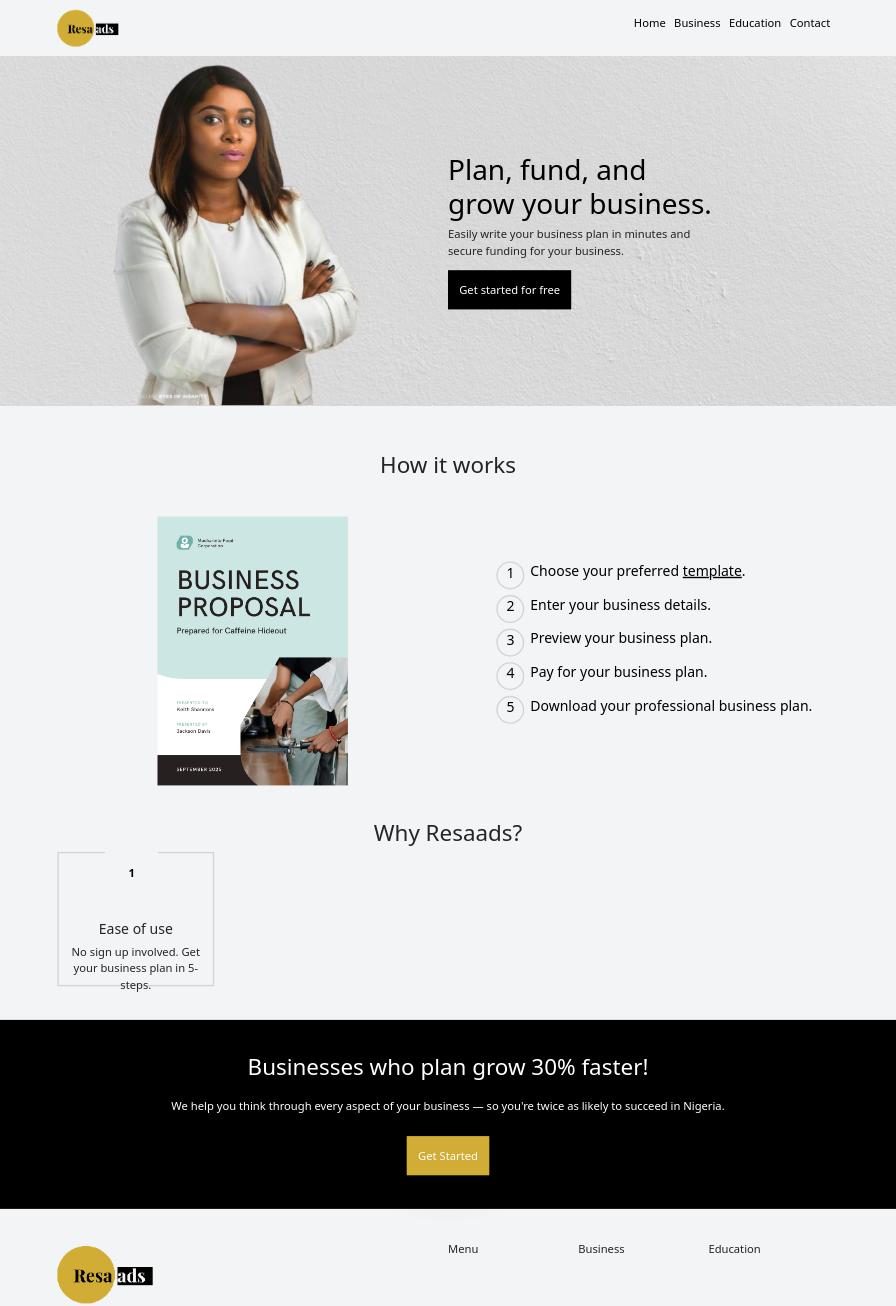
Repository: latenightsnacc/resaads-consults
Page: index.html
The author's editor kept a copy of each file at every save. The page is drawn from the files as they stood at one save, then again after the next save.
The browser window is 1280 px wide. The pictures show the whole page, at 70% of full size.
Some web libraries are served in a nearby version.

Above is the page before, as saved 2021-08-05 13:01:37.

After the next save:
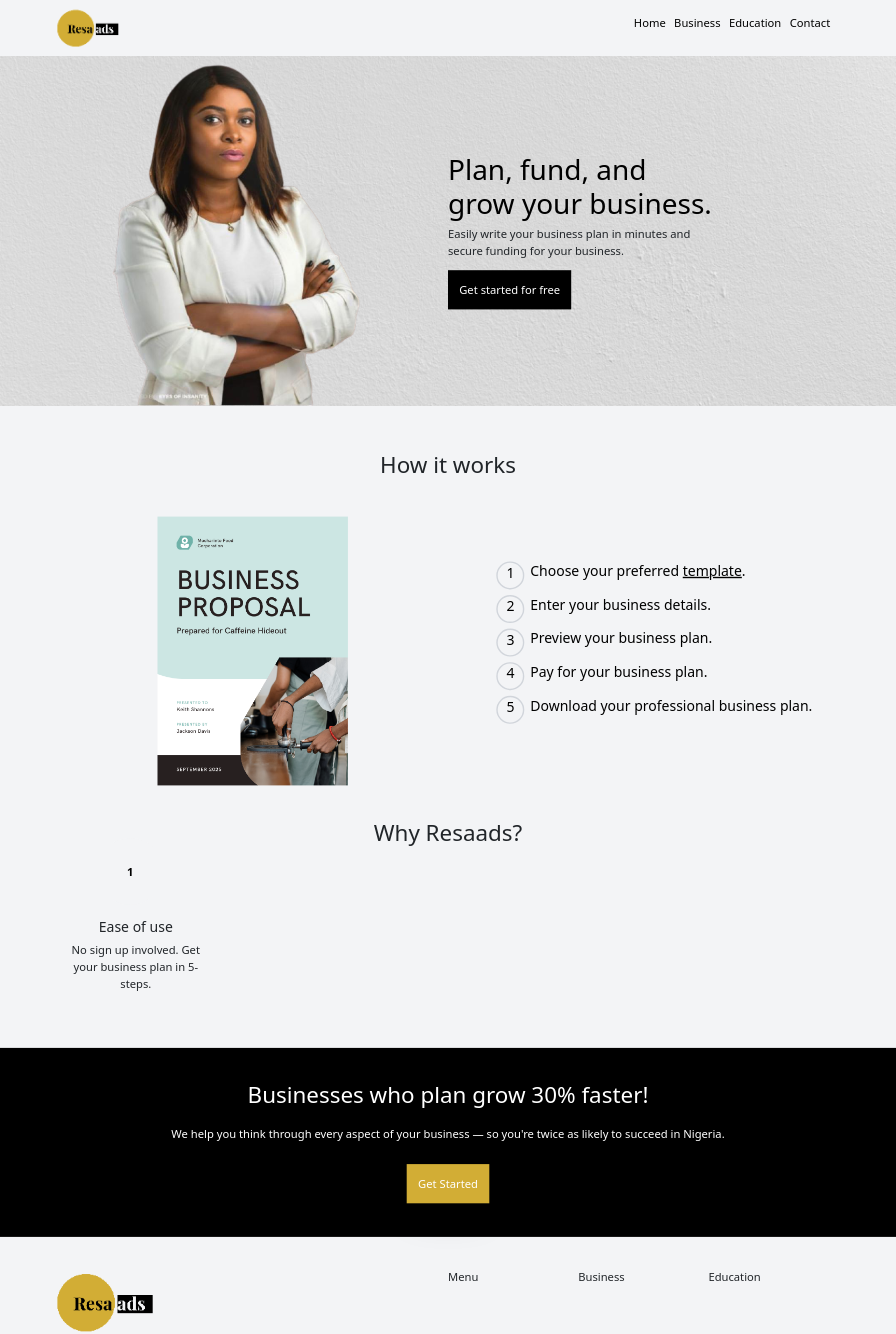
Saved 22 s later.
--- a/index.html
+++ b/index.html
@@ -122,7 +122,7 @@
                 <h2 class="text-center">Why Resaads?</h2>
                 <div class="flex flex-row">
                     <div class="w-1/3">
-                        <div class="relative w-56 h-48 hover:shadow-2xl border-2 border-gray-300 p-3">
+                        <div class="relative w-56  hover:shadow-2xl border-top-2 border-gray-300 p-3">
                             <div class="absolute left-14 -top-5">
                                 <div class="flex flex-row justify-center items-center bg-gray-100 rounded-full w-24 h-24">
                                     <div class="text-black font-black">1</div>
